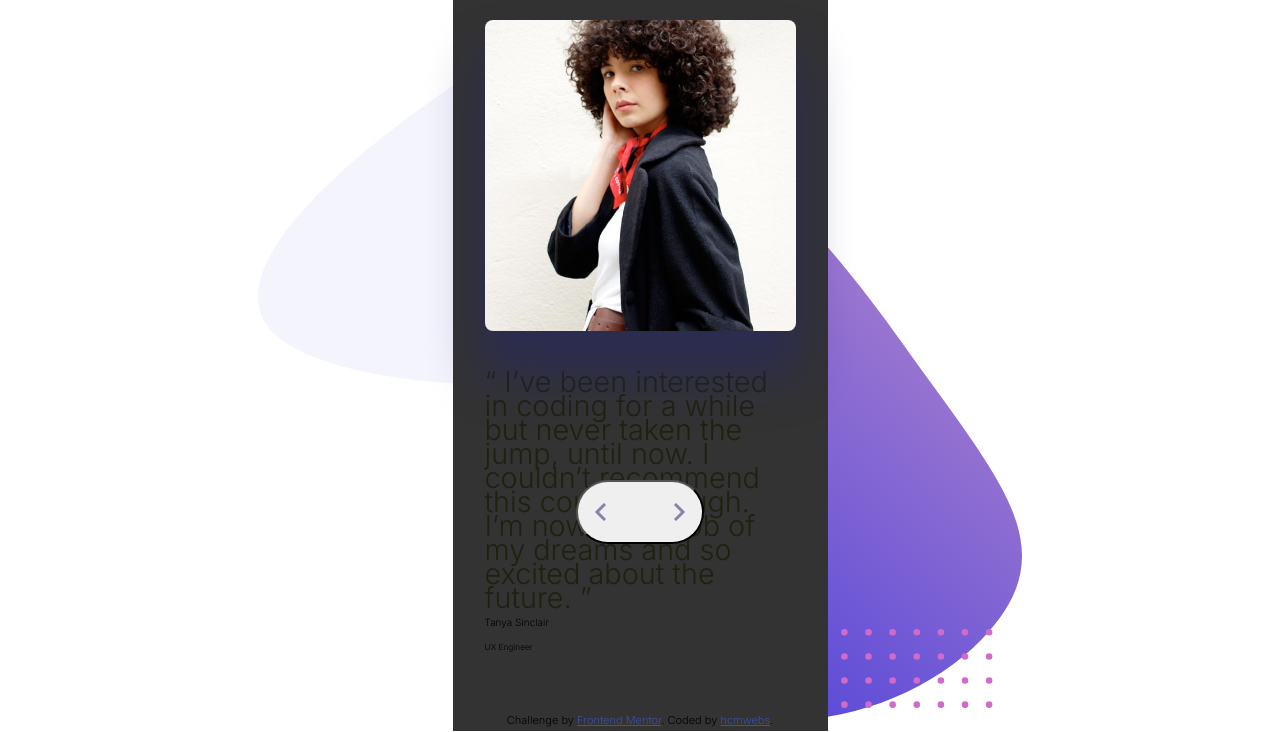
Repository: Hcmwebs/Coding-Bootcamp-Testimonials
Page: index.html
An editor plug-in stored every save of this project. The page is shown before and after the next save, followed by the edit.
The browser window is 1280 px wide. The pictures show the whole page.
The style sheet was rebuilt from its Sass, Less or Tailwind sources for each picture, by a compiler version that may differ from the author's.

Above is the page before, as saved 2020-10-30 12:56:13.

After the next save:
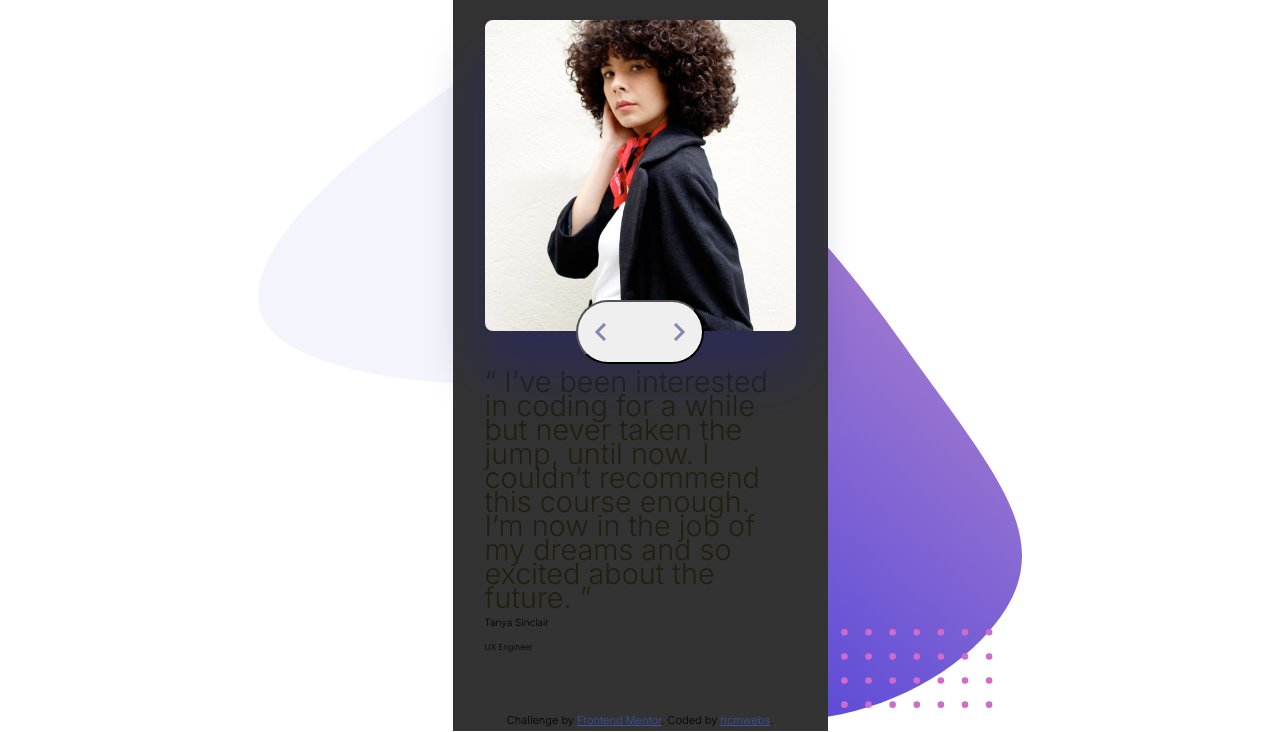
Saved 9 s later.
--- a/scss/main.scss
+++ b/scss/main.scss
@@ -84,7 +84,7 @@ button {
   border-radius: 2.8rem;
   @include flexSpaceBetween;
   position: absolute;
-  top: 30rem;
+  top: 300px;
 
 
 }
